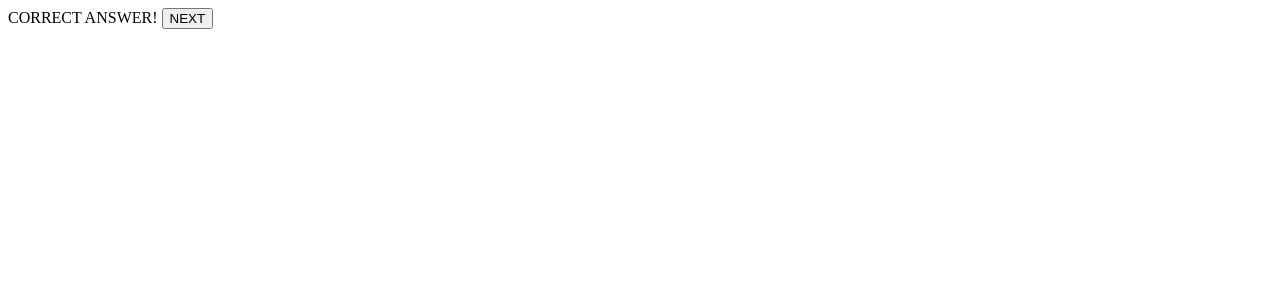
Repository: OleksandrDoskaliukKN313/IIC
Page: http://localhost/WebDictionary/correctAnswer.jsp
The author's editor kept a copy of each file at every save. The page is drawn from the files as they stood at one save, then again after the next save.
The browser window is 1280 px wide. The pictures show the whole page.
The page is served by Tomcat 9.

Above is the page before, as saved 2020-10-11 16:27:21.

After the next save:
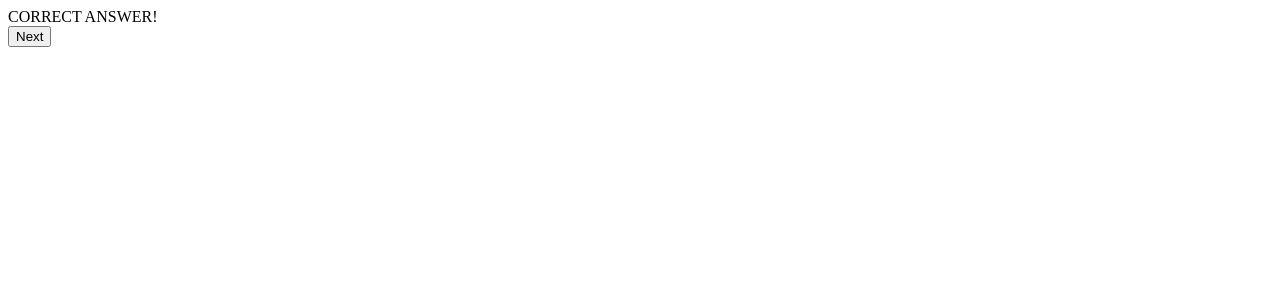
Saved 9 s later.
--- a/WebDictionary/WebContent/correctAnswer.jsp
+++ b/WebDictionary/WebContent/correctAnswer.jsp
@@ -8,7 +8,9 @@
 </head>
 <body>
 CORRECT ANSWER!
-<%request.setAttribute("correct", true); %>
-<button onclick="location.href='/WebDictionary/en_ua'">NEXT</button>
+<form action="/WebDictionary/en_ua">
+	<%request.setAttribute("correct", true); %>
+    <input type="submit" value="Next" />
+</form>
 </body>
 </html>
